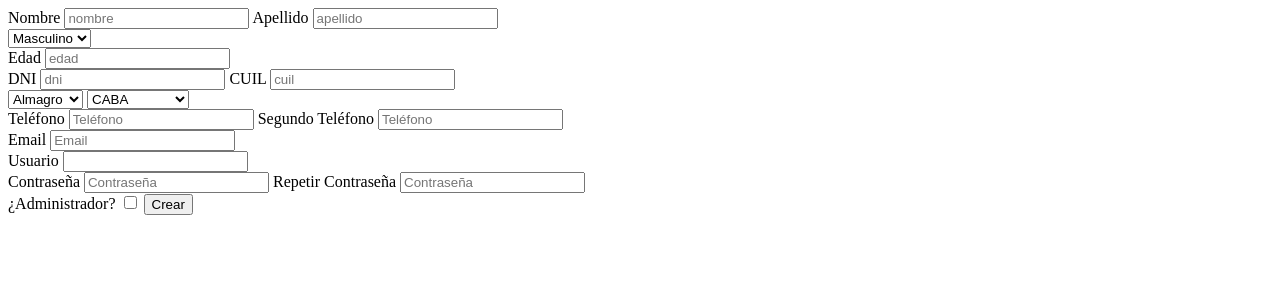
Repository: oskiman18/TP-Final
Page: http://localhost/Tp_integrador_grupo_2/perfil.jsp
These files come from the project's save history. The page is drawn as it stood at one moment and after the next save; the edit follows.
The browser window is 1280 px wide. The pictures show the whole page.
The page is served by Tomcat 9.

Above is the page before, as saved 2021-06-23 16:31:19.

After the next save:
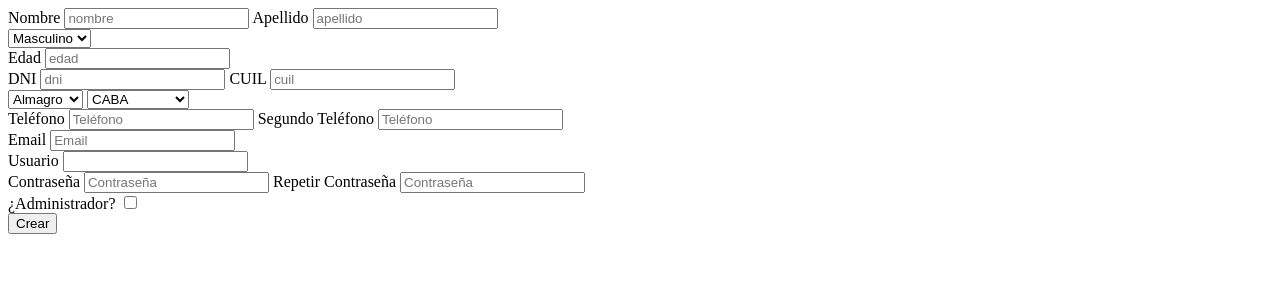
Saved 20 s later.
--- a/Tp_integrador_grupo_2/src/main/webapp/perfil.jsp
+++ b/Tp_integrador_grupo_2/src/main/webapp/perfil.jsp
@@ -76,8 +76,10 @@
 			<input name='pass2' type='password' placeholder='Contraseña'>
 		</div>
 
-		<label for='Administrador'>¿Administrador?</label>
-		<input type='checkbox' name='Administrador'>
+		<div>
+			<label for='Administrador'>¿Administrador?</label>
+			<input type='checkbox' name='Administrador'>
+		</div>
 
 		<input type='submit' value='Crear'>
 
